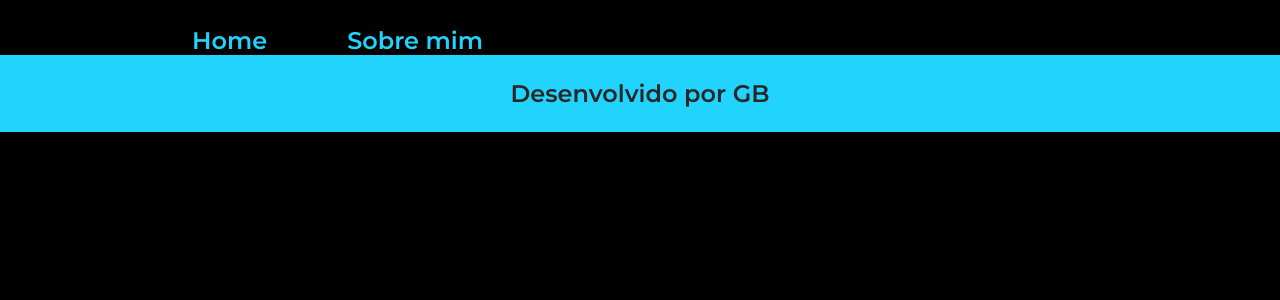
Repository: YoungAkira/CursoHtmlCss
Page: about.html
The author's editor kept a copy of each file at every save. The page is drawn from the files as they stood at one save, then again after the next save.
The browser window is 1280 px wide. The pictures show the whole page.
Some web fonts or font styles are not loaded; a fallback is used.

Above is the page before, as saved 2023-05-15 14:40:11.

After the next save:
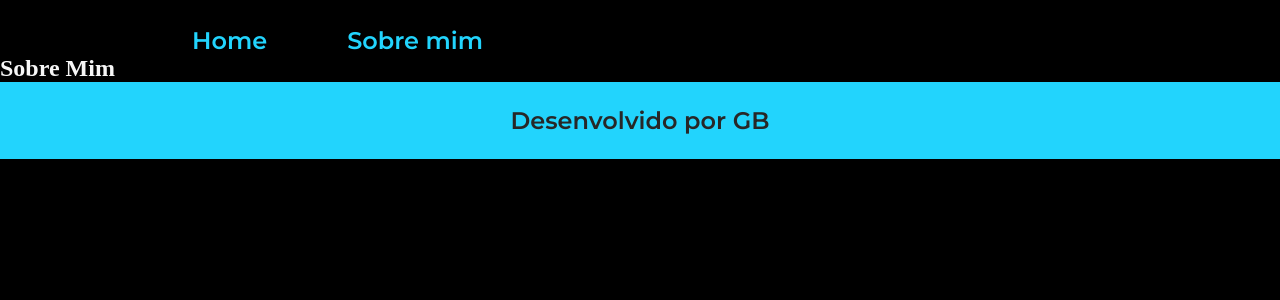
Saved 19 h 15 min later.
--- a/about.html
+++ b/about.html
@@ -14,7 +14,12 @@
             <a class="cabecalho_menu_link" href="about.html">Sobre mim</a>
         </nav>
     </header>
-    <main></main>
+    <main>
+        <section>
+              <h1>Sobre Mim</h1>
+        </section>
+    </main>
+
     <footer class="rodape">
         <p>Desenvolvido por GB</p>
     </footer>
